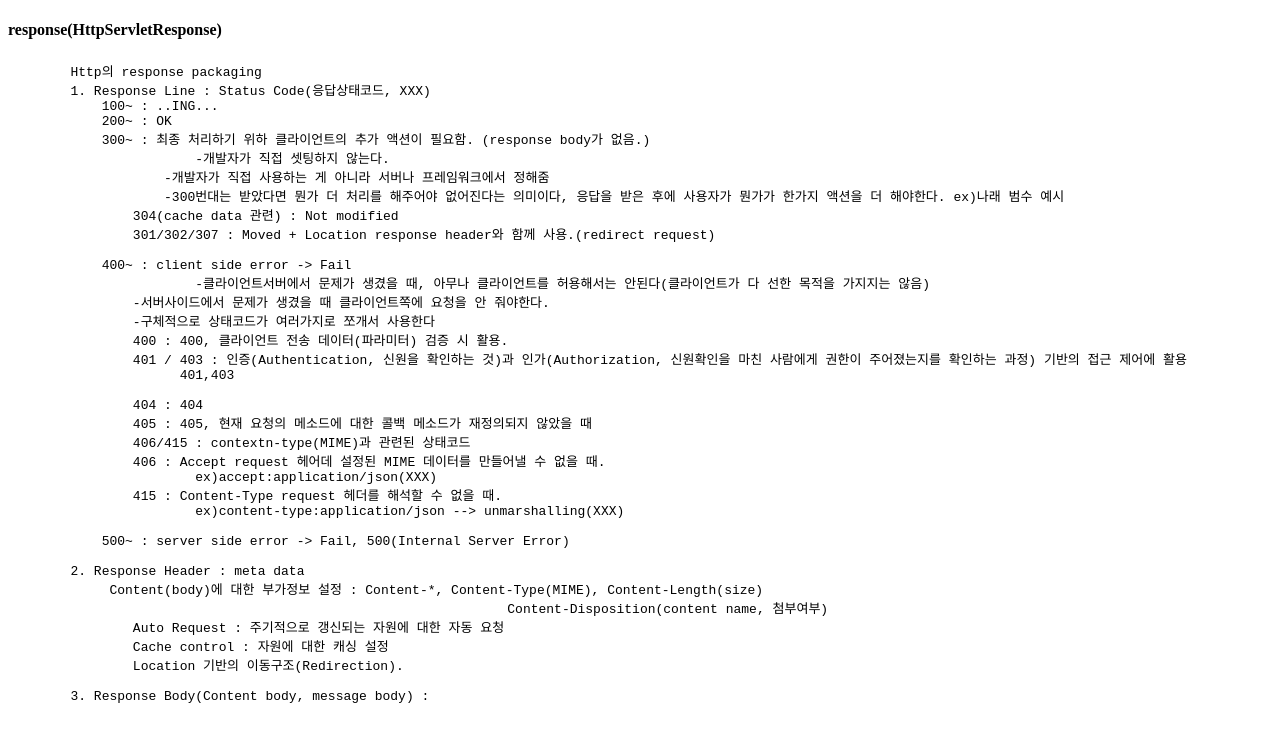
Repository: YOUNARAE/JSP
Page: http://localhost/WebStudy01/05/responseDesc.jsp
The author's editor kept a copy of each file at every save. The page is drawn from the files as they stood at one save, then again after the next save.
The browser window is 1280 px wide. The pictures show the whole page.
The page is served by Tomcat 9. Other server files are loaded and not shown.

Above is the page before, as saved 2022-12-13 06:53:32.

### WebStudy01/src/main/webapp/05/responseDesc.jsp
<%@page import="javax.print.attribute.HashPrintServiceAttributeSet"%>
<%@ page language="java" contentType="text/html; charset=UTF-8"
    pageEncoding="UTF-8"%>
<!DOCTYPE html>
<html>
<head>
<meta charset="UTF-8">
<title>05/responseDesc.jsp</title>
</head>
<body>
<h4>response(HttpServletResponse)</h4>
<pre>
	Http의 response packaging
	1. Response Line : Status Code(응답상태코드, XXX)
	    100~ : ..ING...
	    200~ : OK
	    300~ : 최종 처리하기 위하 클라이언트의 추가 액션이 필요함. (response body가 없음.)
	    		-개발자가 직접 셋팅하지 않는다.
	            -개발자가 직접 사용하는 게 아니라 서버나 프레임워크에서 정해줌
	            -300번대는 받았다면 뭔가 더 처리를 해주어야 없어진다는 의미이다, 응답을 받은 후에 사용자가 뭔가가 한가지 액션을 더 해야한다. ex)나래 범수 예시
	        304(cache data 관련) : Not modified
	        301/302/307 : Moved + Location response header와 함께 사용.(redirect request)
	        <%--
//	        	request.getRequestDispatcher("/04/messageView.jsp").forward(request, response); // 서버 내에서 이동
//				절대경로, 서버사이드,
 				String location = request.getContextPath()+"/04/messageView.jsp";
 	        	response.sendRedirect(location); //서버 밖에서 이동해야하기때문에 클라이언트로부터 새로운 요청이 발생.
	        --%>
	    400~ : client side error -> Fail
			-클라이언트서버에서 문제가 생겼을 때, 아무나 클라이언트를 허용해서는 안된다(클라이언트가 다 선한 목적을 가지지는 않음)
	    	-서버사이드에서 문제가 생겼을 때 클라이언트쪽에 요청을 안 줘야한다.
	    	-구체적으로 상태코드가 여러가지로 쪼개서 사용한다
	    	400 : <%=HttpServletResponse.SC_BAD_REQUEST %>, 클라이언트 전송 데이터(파라미터) 검증 시 활용.
	    	401 / 403 : 인증(Authentication, 신원을 확인하는 것)과 인가(Authorization, 신원확인을 마친 사람에게 권한이 주어졌는지를 확인하는 과정) 기반의 접근 제어에 활용
	    	      <%=HttpServletResponse.SC_UNAUTHORIZED %>,<%=HttpServletResponse.SC_FORBIDDEN %>

	    	404 : <%=HttpServletResponse.SC_NOT_FOUND %>
	    	405 : <%=HttpServletResponse.SC_METHOD_NOT_ALLOWED %>, 현재 요청의 메소드에 대한 콜백 메소드가 재정의되지 않았을 때
	    	406/415 : contextn-type(MIME)과 관련된 상태코드
	    	<%=HttpServletResponse.SC_NOT_ACCEPTABLE %> : Accept request 헤어데 설정된 MIME 데이터를 만들어낼 수 없을 때.
	    		ex)accept:application/json(XXX)
	    	<%=HttpServletResponse.SC_UNSUPPORTED_MEDIA_TYPE %> : Content-Type request 헤더를 해석할 수 없을 때.
	    		ex)content-type:application/json --> unmarshalling(XXX)

	    500~ : server side error -> Fail, 500(Internal Server Error)

	2. Response Header : meta data
	     Content(body)에 대한 부가정보 설정 : Content-*, Content-Type(MIME), Content-Length(size)
	     							Content-Disposition(content name, 첨부여부)
		Auto Request : 주기적으로 갱신되는 자원에 대한 자동 요청
		Cache control : 자원에 대한 캐싱 설정
	 	Location 기반의 이동구조(Redirection).

	3. Response Body(Content body, message body) :
<%--  response.getWriter(), response.getOutputStream() , <%= %>, out --%>

</pre>
</body>
</html>

After the next save:
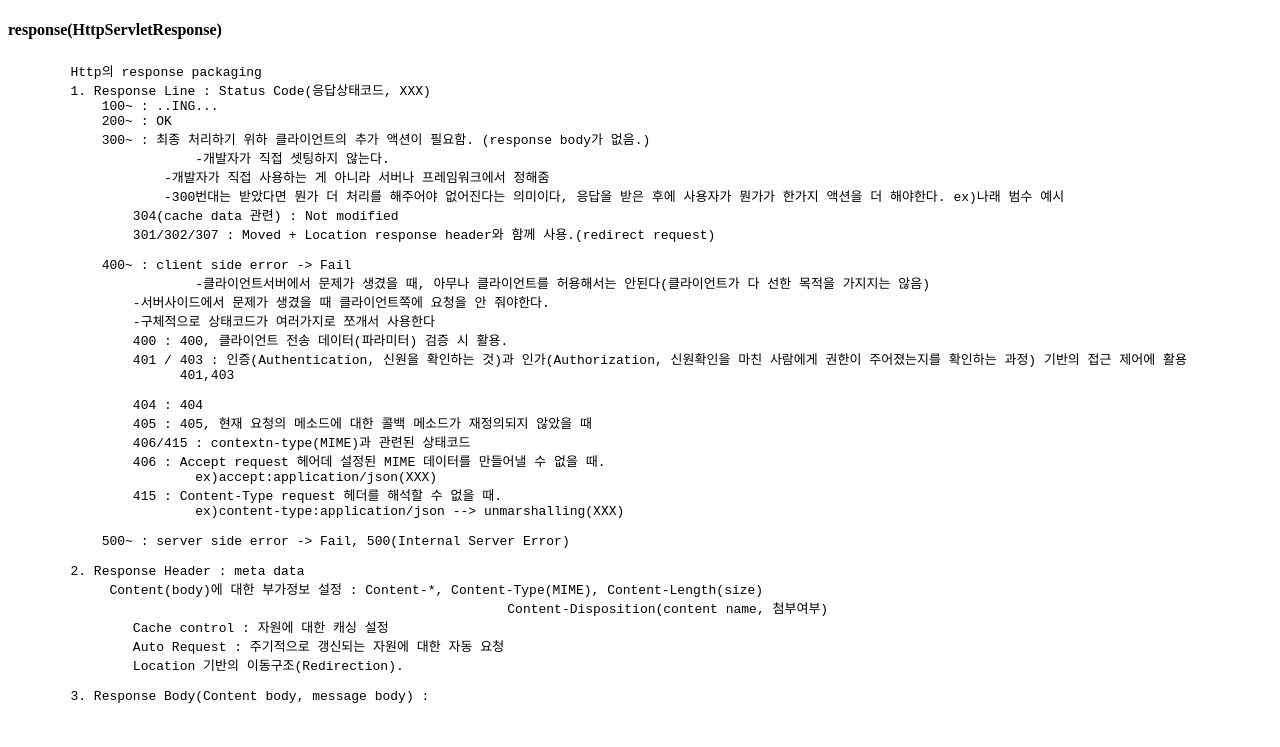
Saved 41 s later.
--- a/WebStudy01/src/main/webapp/05/responseDesc.jsp
+++ b/WebStudy01/src/main/webapp/05/responseDesc.jsp
@@ -47,8 +47,8 @@
 	2. Response Header : meta data
 	     Content(body)에 대한 부가정보 설정 : Content-*, Content-Type(MIME), Content-Length(size)
 	     							Content-Disposition(content name, 첨부여부)
+		Cache control : 자원에 대한 캐싱 설정
 		Auto Request : 주기적으로 갱신되는 자원에 대한 자동 요청
-		Cache control : 자원에 대한 캐싱 설정
 	 	Location 기반의 이동구조(Redirection).
 
 	3. Response Body(Content body, message body) :
